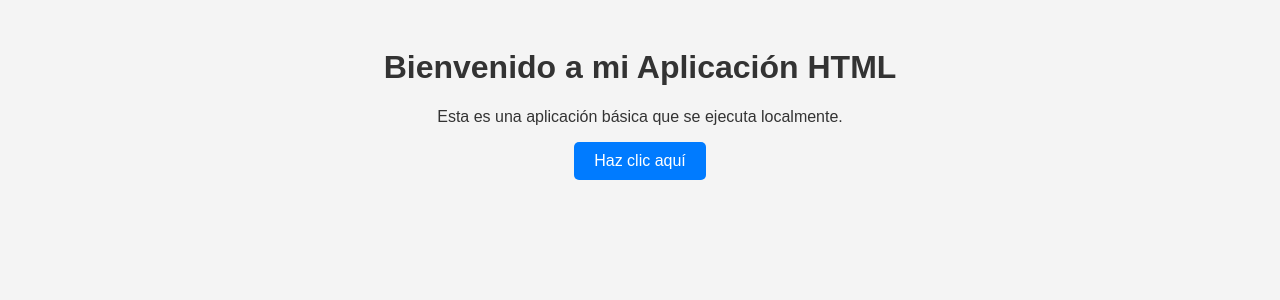
Repository: cflorido/Front_T3
Page: index.html
The author's editor kept a copy of each file at every save. The page is drawn from the files as they stood at one save, then again after the next save.
The browser window is 1280 px wide. The pictures show the whole page.

Above is the page before, as saved 2024-10-22 18:20:24.

### index.html
<!DOCTYPE html>
<html lang="es">
<head>
    <meta charset="UTF-8">
    <meta name="viewport" content="width=device-width, initial-scale=1.0">
    <title>Mi Aplicación HTML Básica</title>
    <style>
        body {
            font-family: Arial, sans-serif;
            background-color: #f4f4f4;
            color: #333;
            text-align: center;
            padding: 20px;
        }
        button {
            padding: 10px 20px;
            font-size: 16px;
            cursor: pointer;
            background-color: #007BFF; /* Color de fondo azul */
            color: white; /* Color del texto */
            border: none; /* Sin borde */
            border-radius: 5px; /* Bordes redondeados */
            transition: background-color 0.3s; /* Efecto de transición */
        }
        button:hover {
            background-color: #0056b3; /* Color más oscuro al pasar el mouse */
        }
        #contenido {
            margin-top: 20px;
            padding: 10px;
            border: 1px solid #333;
            background-color: #fff;
            display: none; /* Oculto por defecto */
        }
    </style>
</head>
<body>
    <h1>Bienvenido a mi Aplicación HTML</h1>
    <p>Esta es una aplicación básica que se ejecuta localmente.</p>
    <button onclick="cargarContenido()">Haz clic aquí</button>

    <div id="contenido"></div>

    <script>
        function cargarContenido() {
            fetch('data.txt')
                .then(response => {
                    if (!response.ok) {
                        throw new Error('Error al cargar el archivo: ' + response.statusText);
                    }
                    return response.text();
                })
                .then(data => {
                    const contenidoDiv = document.getElementById("contenido");
                    contenidoDiv.textContent = data; // Muestra el contenido del archivo
                    contenidoDiv.style.display = 'block'; // Muestra el div
                })
                .catch(error => {
                    console.error(error);
                    alert('No se pudo cargar el contenido.');
                });
        }
    </script>
</body>
</html>

After the next save:
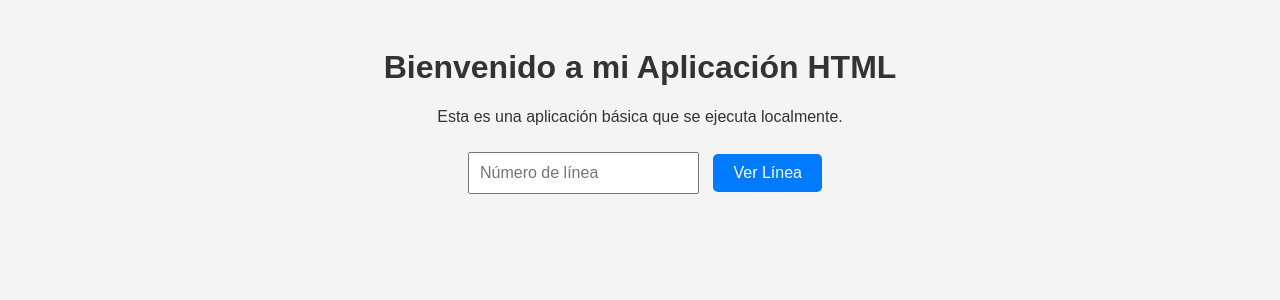
Saved 52 s later.
--- a/index.html
+++ b/index.html
@@ -32,16 +32,26 @@
             background-color: #fff;
             display: none; /* Oculto por defecto */
         }
+        input {
+            padding: 10px;
+            margin: 10px;
+            font-size: 16px;
+        }
     </style>
 </head>
 <body>
     <h1>Bienvenido a mi Aplicación HTML</h1>
     <p>Esta es una aplicación básica que se ejecuta localmente.</p>
-    <button onclick="cargarContenido()">Haz clic aquí</button>
+
+    <input type="number" id="numeroLinea" placeholder="Número de línea" min="1">
+    <button onclick="cargarLinea()">Ver Línea</button>
 
     <div id="contenido"></div>
 
     <script>
+        let lineas = []; // Array para almacenar las líneas del archivo
+
+        // Función para cargar el contenido del archivo y dividirlo en líneas
         function cargarContenido() {
             fetch('data.txt')
                 .then(response => {
@@ -51,15 +61,30 @@
                     return response.text();
                 })
                 .then(data => {
-                    const contenidoDiv = document.getElementById("contenido");
-                    contenidoDiv.textContent = data; // Muestra el contenido del archivo
-                    contenidoDiv.style.display = 'block'; // Muestra el div
+                    lineas = data.split('\n'); // Divide el contenido en líneas
                 })
                 .catch(error => {
                     console.error(error);
                     alert('No se pudo cargar el contenido.');
                 });
         }
+
+        // Función para mostrar la línea seleccionada
+        function cargarLinea() {
+            const numeroLinea = document.getElementById("numeroLinea").value;
+            const contenidoDiv = document.getElementById("contenido");
+
+            // Verificar si el número de línea es válido
+            if (numeroLinea > 0 && numeroLinea <= lineas.length) {
+                contenidoDiv.textContent = lineas[numeroLinea - 1]; // Muestra la línea seleccionada
+                contenidoDiv.style.display = 'block'; // Muestra el div
+            } else {
+                alert('Número de línea no válido. Intenta de nuevo.');
+            }
+        }
+
+        // Cargar el contenido del archivo al inicio
+        cargarContenido();
     </script>
 </body>
 </html>
